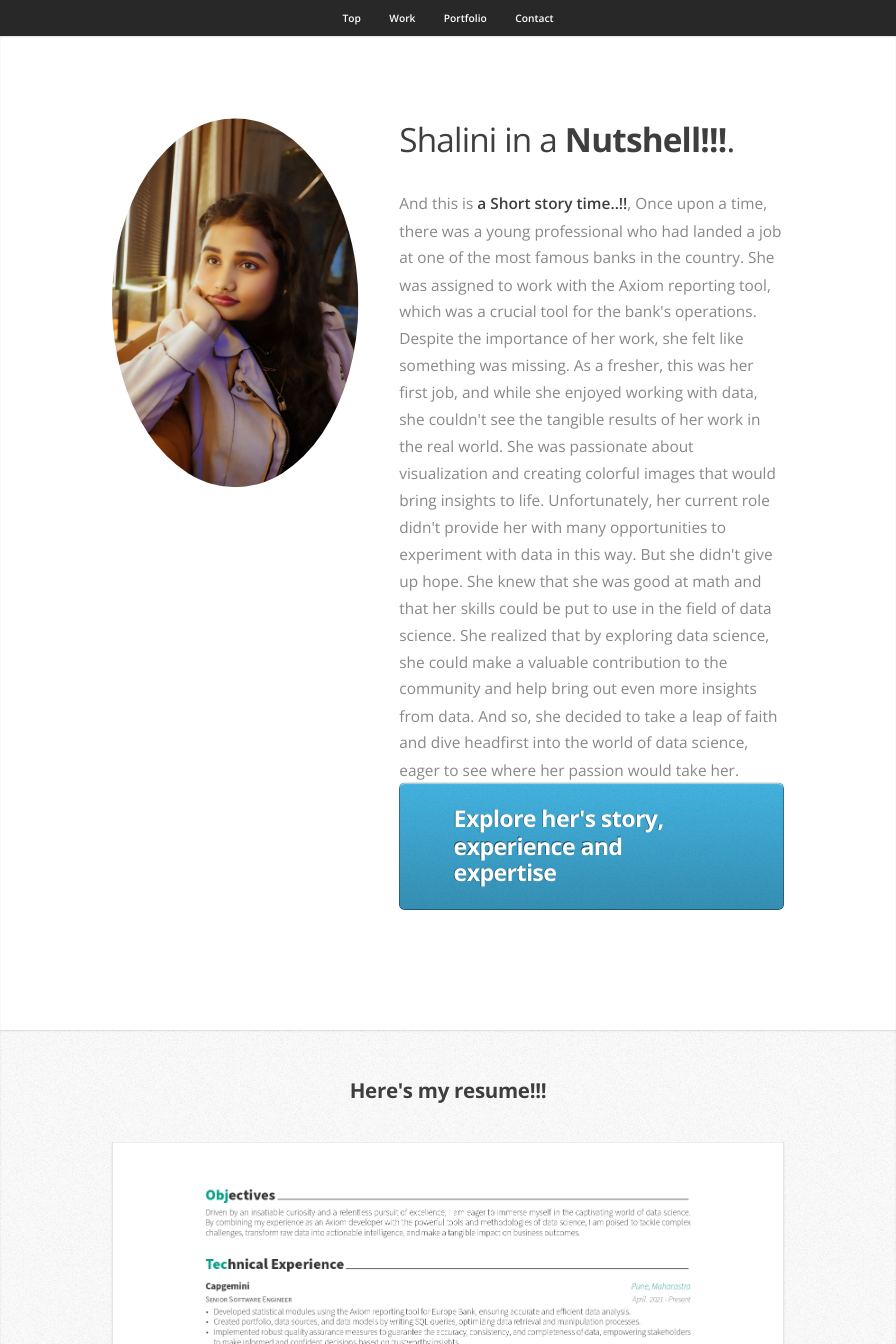
Repository: Shalini-Nanda-ds/Shalini-s-portfolio
Page: index.html
These files come from the project's save history. The page is drawn as it stood at one moment and after the next save; the edit follows.
The browser window is 1280 px wide. The pictures show the part of the page from y = 0 to 1920 px (the page is 4530 px tall), at 70% of full size.

Above is the page before, as saved 2025-03-21 11:29:00.

After the next save:
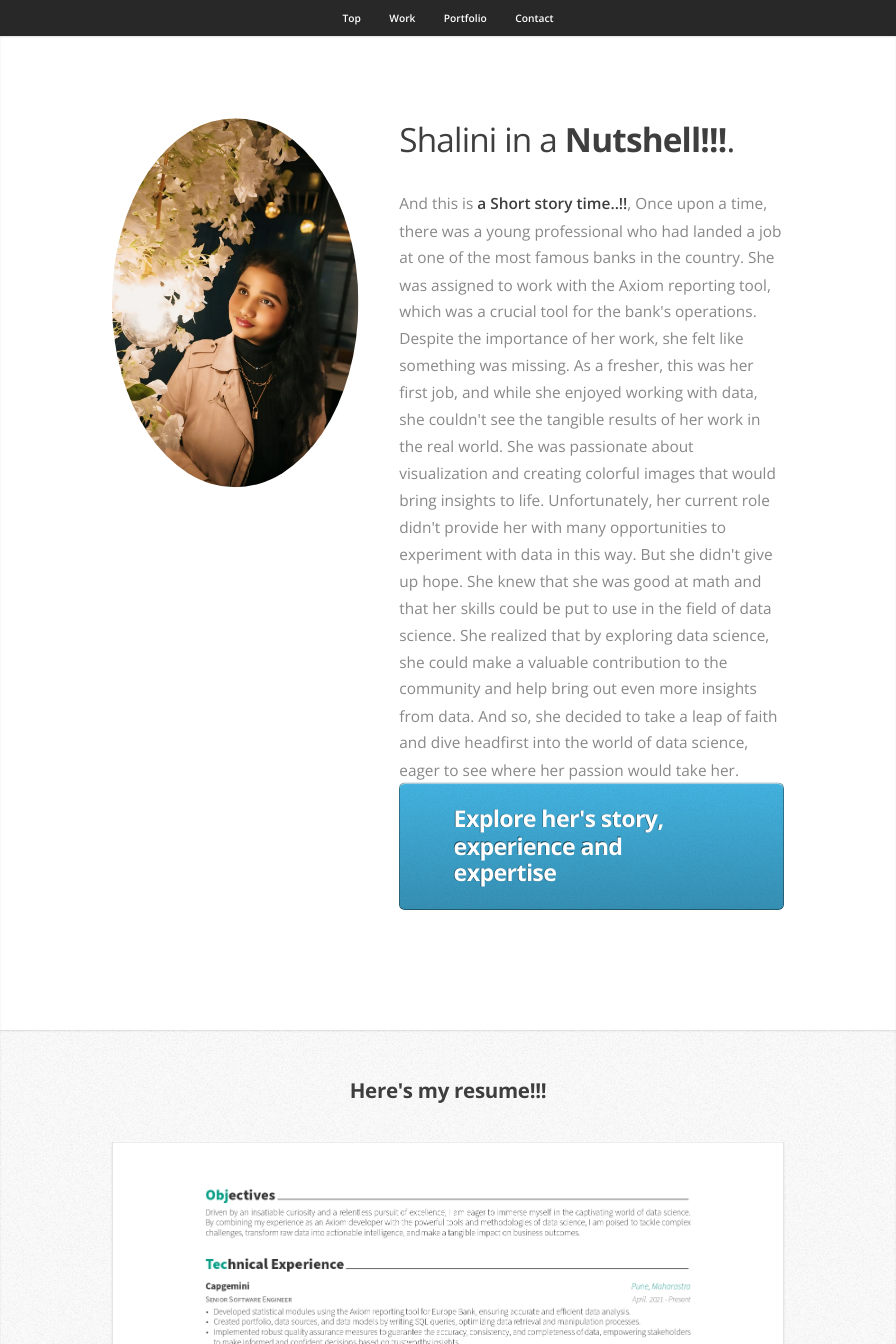
Saved 66 s later.
--- a/index.html
+++ b/index.html
@@ -28,7 +28,7 @@
 				<div class="container">
 					<div class="row">
 						<div class="col-4 col-5-large col-12-medium">
-							<span class="image fit"><img src="images\portfolio_3.jpeg" alt="" /></span>
+							<span class="image fit"><img src="images\WhatsApp Image 2025-03-21 at 11.20.08 AM (1).jpeg" alt="" /></span>
 						</div>
 						<div class="col-8 col-7-large col-12-medium">
 							<header>
